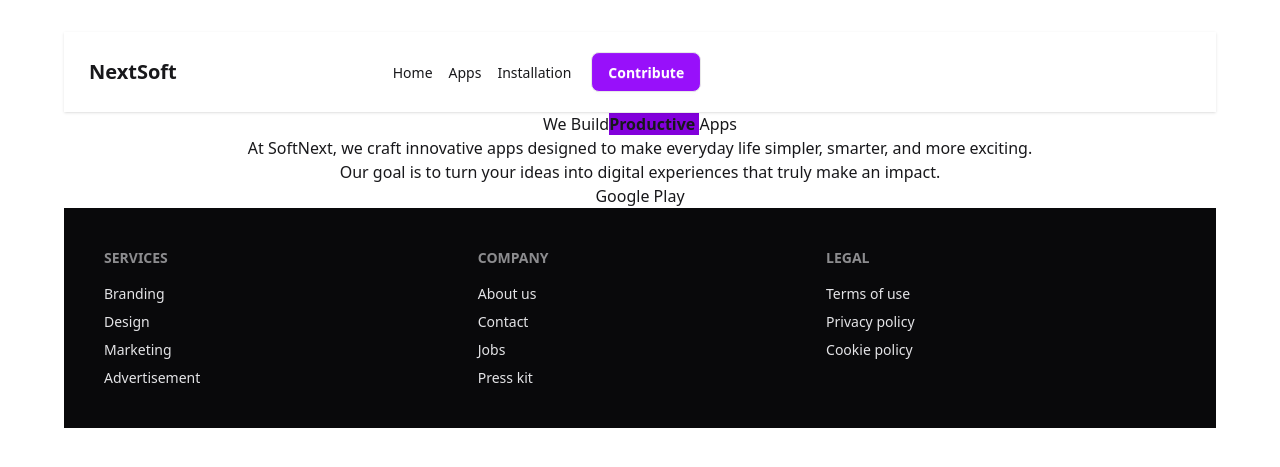
Repository: chayanatik1994/NextSoft
Page: /
These files come from the project's save history. The page is drawn as it stood at one moment and after the next save; the edit follows.
The browser window is 1280 px wide. The pictures show the whole page.
The project was rebuilt for these pictures with package versions that can differ from the ones it lists, and the page was loaded fresh each time. Also part of the build but not shown: vite.config.js, src/App.jsx, src/Pages/ErrorPage/ErrorPage.jsx.

Above is the page before, as saved 2025-10-11 03:36:52.

### index.html
<!doctype html>
<html lang="en">
  <head>
    <meta charset="UTF-8" />
    <link rel="icon" type="image/svg+xml" href="/vite.svg" />
    <meta name="viewport" content="width=device-width, initial-scale=1.0" />
    <title>nextsoft</title>
  </head>
  <body>
    <div id="root"></div>
    <script type="module" src="/src/main.jsx"></script>
  </body>
</html>

### src/main.jsx
import { StrictMode } from 'react'
import { createRoot } from 'react-dom/client'
import './index.css'
import App from './App.jsx'
import { router } from './Routes/Routes.jsx'
import { RouterProvider } from 'react-router';

createRoot(document.getElementById('root')).render(
  <StrictMode>
    <RouterProvider router={router} />
  </StrictMode>
)

### src/Routes/Routes.jsx
import React from 'react';
import {
  createBrowserRouter,
} from 'react-router';
import Root from '../Pages/Root/Root';
import ErrorPage from '../Pages/ErrorPage/ErrorPage';
import Home from '../Pages/Home/Home';

export const router = createBrowserRouter([
  {
    path: "/",
    Component: Root,
    errorElement: <ErrorPage/>,
    children :[
        {
            index :true,
            path : "/",
            Component :Home
        }
    ]

  },
]);

### src/Pages/Root/Root.jsx
import React from 'react';
import Navbar from '../../Components/Header/Footer/Navbar';
import { Outlet } from 'react-router';
import Footer from '../../Components/Header/Footer/Footer';

const Root = () => {
    return (
        <div className='max-w-6xl mx-auto'>
            <Navbar/>
            <Outlet/>
            <Footer/>
        </div>
    );
};

export default Root;

### src/Pages/Home/Home.jsx
import React from 'react';
import Banner from '../../Components/Banner/Banner';

const Home = () => {
    return (
        <div>
            <Banner></Banner>
        </div>
    );
};

export default Home;

### src/Components/Header/Footer/Navbar.jsx
import React from 'react';

const Navbar = () => {
    const links = <>
    <li className='m-2'>Home</li>
    <li className='m-2'>Apps</li>
    <li className='m-2'>Installation</li>
    </>
    return (
      <div className="navbar bg-base-100 shadow-sm">
  <div className="navbar-start">
    <div className="dropdown">
      <div tabIndex={0} role="button" className="btn btn-ghost lg:hidden">
        <svg xmlns="http://www.w3.org/2000/svg" className="h-5 w-5" fill="none" viewBox="0 0 24 24" stroke="currentColor"> <path strokeLinecap="round" strokeLinejoin="round" strokeWidth="2" d="M4 6h16M4 12h8m-8 6h16" /> </svg>
      </div>
      <ul
        tabIndex={0}
        className="menu menu-sm dropdown-content bg-base-100 rounded-box z-1 mt-3 w-52 p-2 shadow">
        {links}
      </ul>
    </div>
    <a className="btn btn-ghost text-xl">NextSoft</a>
  </div>
  <div className="navbar-center hidden lg:flex">
    <ul className="menu menu-horizontal px-1">
     {links}
    </ul>
  </div>
   <div className="navbar font-black">
  <a href="https://github.com/chayanatik1994/NextSoft" className="btn text-white px-4 py-2 bg-purple-600 rounded-lg ">Contribute</a>
</div>
</div>
    );
};

export default Navbar;

### src/Components/Header/Footer/Footer.jsx
import React from 'react';

const Footer = () => {
    return (
        <footer className="footer sm:footer-horizontal bg-neutral text-neutral-content p-10">
  <nav>
    <h6 className="footer-title">Services</h6>
    <a className="link link-hover">Branding</a>
    <a className="link link-hover">Design</a>
    <a className="link link-hover">Marketing</a>
    <a className="link link-hover">Advertisement</a>
  </nav>
  <nav>
    <h6 className="footer-title">Company</h6>
    <a className="link link-hover">About us</a>
    <a className="link link-hover">Contact</a>
    <a className="link link-hover">Jobs</a>
    <a className="link link-hover">Press kit</a>
  </nav>
  <nav>
    <h6 className="footer-title">Legal</h6>
    <a className="link link-hover">Terms of use</a>
    <a className="link link-hover">Privacy policy</a>
    <a className="link link-hover">Cookie policy</a>
  </nav>
</footer>
    );
};

export default Footer;

### src/Components/Banner/Banner.jsx
import React from 'react';

const Banner = () => {
    return (
        <div>
            <h1>We Build
            <span className='4xl font-extrabold bg-purple-700'>Productive </span>  Apps</h1>
             <p1>At SoftNext, we craft innovative apps designed to make everyday life simpler, smarter, and more exciting.<br/>
             Our goal is to turn your ideas into digital experiences that truly make an impact.</p1>
             <div>
                <button>Google Play</button>
             </div>
        </div>
    );
};

export default Banner;

Loaded but not shown: src/index.css (common file); src/App.css (common file)

After the next save:
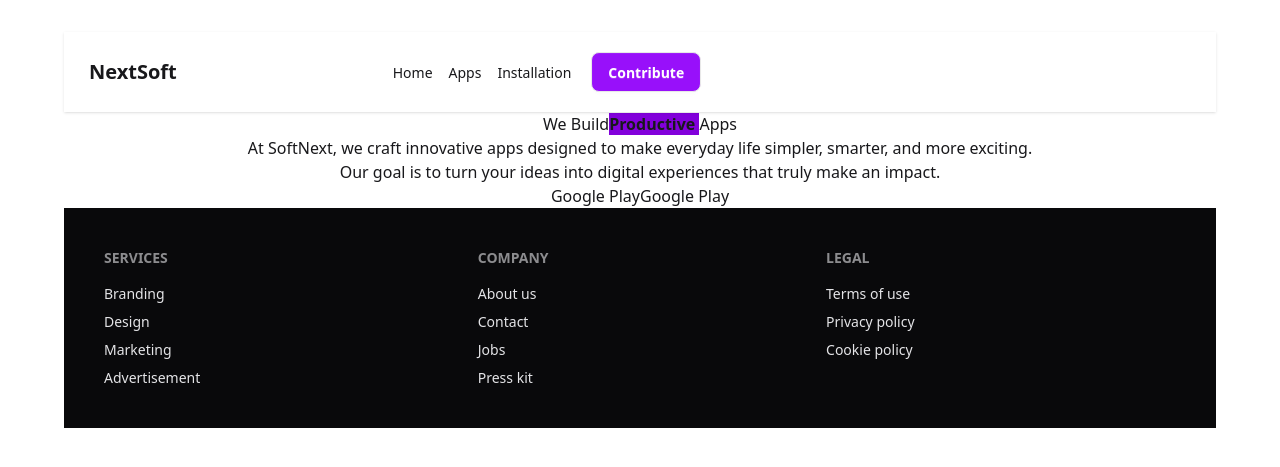
Saved 6 s later.
--- a/src/Components/Banner/Banner.jsx
+++ b/src/Components/Banner/Banner.jsx
@@ -9,6 +9,7 @@
              Our goal is to turn your ideas into digital experiences that truly make an impact.</p1>
              <div>
                 <button>Google Play</button>
+                 <button>Google Play</button>
              </div>
         </div>
     );
